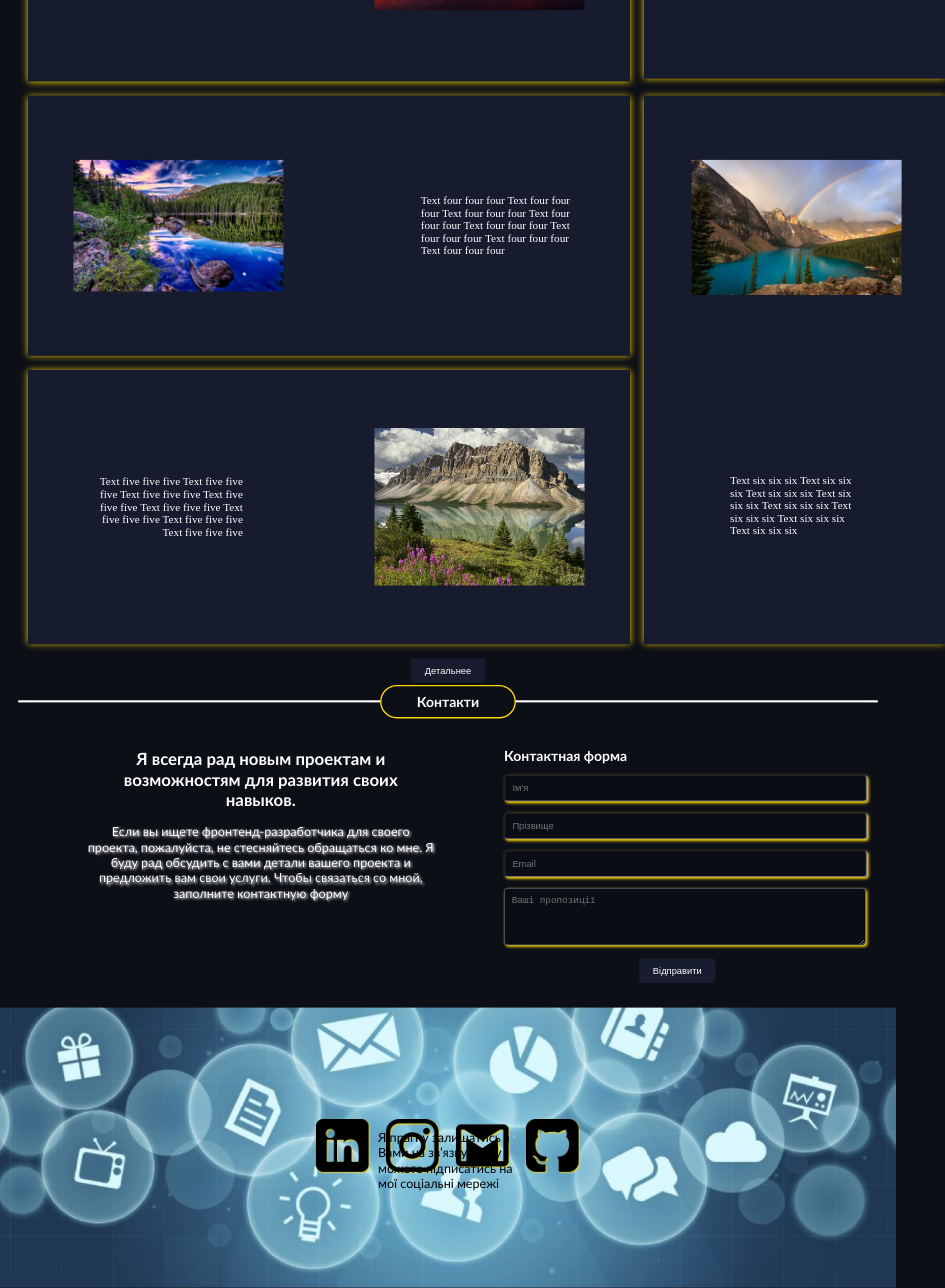
Repository: qtqqrdy13/cv-2
Page: index.html
An editor plug-in stored every save of this project. The page is shown before and after the next save, followed by the edit.
The browser window is 1280 px wide. The page is 1350 px wide, so the pictures cover 1350 px, including what lies to the right of the window. The pictures show the part of the page from y = 3628 to 5468 px (the page is 5468 px tall), at 70% of full size.

Above is the page before, as saved 2023-10-12 16:53:08.

### index.html
<!DOCTYPE html>
<html lang="en">

<head>
    <link rel="stylesheet" href="main.css">
    <meta charset="UTF-8">
    <meta name="viewport" content="width=device-width, initial-scale=1.0">
    <title>Батуров Олексій</title>
</head>

<body>
    <!--Navigation-->
    <header>
        <div class="logo">
            <img src="../cv 2/image/media/logo.png" alt="logo">
        </div>
        <nav>
            <ul>
                <li><a href="">Головна</a></li>
                <li><a href="#about">Про мене</a></li>
                <li><a href="#skills">Мої скіли</a></li>
                <li><a href="#portfolio">Портфоліо</a></li>
                <li><a href="">Контакти</a></li>
            </ul>
        </nav>
    </header>
    <!--Navigation-->

    <!--Two images-->
    <div class="container-top">
        <div class="img-container">
            <img class="img-1" src="../cv 2/image/code.gif" alt="">
            <img class="img-2" src="../cv 2/image/photo_2023-09-09_18-51-06.jpg" alt="">
        </div>
        <!--Two images-->

        <!--About Oleksiy-->
        <div class="container-text">
            <div id="about"></div>
            <div class="text-block">
                <h1>Олексій Батуров</h1>
            </div>
        </div>
    </div>
    <div class="description">
        <p>Я професіонал, чия пристрасть до веб-розробки
            помітна в кожному рядку коду, який я створюю.
            За час моєї практики я набув глибоких знань у
            різних галузях веб-технологій, включаючи HTML,
            CSS, JavaScript, а також популярні фреймворки
            та бібліотеки. Мої навички дозволяють мені
            створювати унікальні та сучасні веб-сайти,
            які поєднують у собі функціональність, стиль
            та оптимальну продуктивність. </p>
    </div>
    <!--About Oleksiy-->

    <!--Edge-->
    <div id="about_us">
        <div class="announcement">
            <h2 class="title">
                Скіли
            </h2>
        </div>
    </div>
    <!--Edge-->

    <!--Skills-->
    <div id="skills"></div>
    <div class="container">
        <div class="row">
            <div class="block">
                <h2>Скіли Дизайнера</h2>
                <div class="content">
                    <ul>
                        <li>Figma</li>
                        <li>Photoshop</li>
                        <li>Illustrator</li>
                        <li>Scratch</li>
                        <li>AdobeXD</li>
                        <li>Corel Draw</li>
                    </ul>
                </div>
            </div>
            <div class="block">
                <h2>Скіли Front-End розробника</h2>
                <div class="content">
                    <ul>
                        <li>HTML</li>
                        <li>CSS</li>
                        <li>JavaScript</li>
                        <li>ReactJS</li>
                        <li>ReactNative</li>
                        <li>AngularJS</li>
                        <li>NodeJS</li>
                        <li>VueJS</li>
                        <li>JQuerry</li>
                        <li>TypeScript</li>
                        <li>PHPMyAdmin</li>
                    </ul>
                </div>
            </div>
            <div class="block">
                <h2>Володіння CMS - платформами</h2>
                <div class="content">
                    <ul>
                        <li>WordPress</li>
                        <li>OpenCard</li>
                        <li>Joomla</li>
                        <li>Drupal</li>
                        <li>TYPEO3</li>
                    </ul>
                </div>
            </div>
        </div>
    </div>
    <!--Skills-->

    <!--Edge-->
    <div id="about_us">
        <div class="announcement">
            <h2 class="title">
                Портфоліо
            </h2>
        </div>
    </div>
    <!--Edge-->

    <!--Portfolio-->
    <div class="angry-grid">
        <div id="portfolio"></div>
        <div id="item-0">
            <img src="../cv 2/image/media/1.jpg" alt="Image 0" />
            <p>Text one one one Text one one one Text one one one Text one one one
                Text one one one Text one one one Text one one one Text one one one
            </p>
        </div>
        <div id="item-1">
            <img src="../cv 2/image/media/2.jpg" alt="Image 1" />
            <p>Text two two two Text two two two Text two two two Text two two two
                Text two two two Text two two two Text two two two Text two two two
            </p>
        </div>
        <div id="item-2">
            <div class="content-container">
                <p>Text three three three Text three three three Text three three three
                    Text three three three Text three three three Text three three three
                </p>
                <img src="../cv 2/image/media/3.jpg" alt="Image 2" />
            </div>
        </div>
        <div id="item-3">
            <img src="../cv 2/image/media/4.jpg" alt="Image 3" />
            <p>Text four four four Text four four four Text four four four Text four four four
                Text four four four Text four four four Text four four four Text four four four
            </p>
        </div>
        <div id="item-4">
            <div class="content-container">
                <p>Text five five five Text five five five Text five five five Text five five five
                    Text five five five Text five five five Text five five five Text five five five
                </p>
                <img src="../cv 2/image/media/5.jpg" alt="Image 4" />
            </div>
        </div>
        <div id="item-5">
            <img src="../cv 2/image/media/6.jpg" alt="Image 5" />
            <p>Text six six six Text six six six Text six six six Text six six six
                Text six six six Text six six six Text six six six Text six six six
            </p>
        </div>
    </div>

    <div class="detail-button">
        <button>Детальнее</button>
    </div>
    <!--Portfolio-->
    <!--Edge-->
    <div id="about_us">
        <div class="announcement">
            <h2 class="title">
                Контакти
            </h2>
        </div>
    </div>
    <!--Edge-->
    </div>
    <div class="container_contact">
        <div class="text">
            <h2>Я всегда рад новым проектам и возможностям для развития своих навыков. </h2>
            <p>Если вы ищете фронтенд-разработчика для своего проекта, пожалуйста, не стесняйтесь обращаться ко мне. Я
                буду рад обсудить с вами детали вашего проекта и предложить вам свои услуги.

                Чтобы связаться со мной, заполните контактную форму</p>
        </div>
        <div class="form">
            <h2>Контактная форма</h2>
            <form method="post">
                <div class="form-group">
                    <input type="text" id="name" name="name" placeholder="Ім'я" required>
                </div>
                <div class="form-group">
                    <input type="text" id="secondname" name="secondname" placeholder="Прізвище" required>
                </div>
                <div class="form-group">
                    <input type="text" id="email" name="email" placeholder="Email">
                </div>
                <div class="form-group">
                    <textarea id="message" name="message" rows="4" placeholder="Ваші пропозиції" required></textarea>
                </div>
                <div class="form-group">
                    <button type="submit">Відправити</button>
                </div>
            </form>
        </div>
    </div>
    <footer>
        <div class="social_icons">

            <a href="" class="icon">
                <img src="./image/icons/linkedin 1.png" alt="">
            </a>
            <a href="" class="icon">
                <img src="./image/icons/instagram 1.png" alt="">
            </a>
            <a href="" class="icon">
                <img src="./image/icons/gmail-logo 1.png" alt="">
            </a>
            <a href="" class="icon">
                <img src="./image/icons/github-sign 1.png" alt="">
            </a>
             <div class="icons_text"><p>Я прагну залишатись з Вами на зв’язку, тому можете підписатись на мої соціальні мережі</p></div>
        </div>
    </footer>
</body>

</html>

### main.css
body {
    background-color: #0d0f17;
    margin: 0;
    padding: 0;

}

/*Navigation*/
header {
    background-color: #161C2E;
    color: white;
    padding: 10px 0px;
    position: fixed;
    top: 0;
    width: 100%;
    display: flex;
    justify-content: space-between;
    align-items: center;
    z-index: 1000;
}

.logo img {
    height: 50px;
    margin-left: 50px;
}

nav ul {
    list-style: none;
    margin-right: 50px;
}

nav li {
    display: inline;
    margin-right: 50px;
    position: relative; /* Добавляем позицию относительно элементов меню */
}

nav a {
    text-decoration: none;
    color: white;
    font-weight: bold;
    font-size: 18px;
}

nav a:hover {
    color: gold;
    font-size: 18px;
    text-shadow: 0 0 10px gold;
    transform: scale(1.05);
    transition: transform 0.6s ease-in-out;
}

/* Добавляем стили для анимации */
nav li::before {
    content: "";
    position: absolute;
    width: 100%;
    height: 2px;
    background-color: gold;
    bottom: 0;
    left: 0;
    transform: scaleX(0); /* Изначально нулевая ширина */
    transform-origin: right;
    transition: transform 0.3s ease-in-out;
}

nav li::after {
    content: "";
    position: absolute;
    width: 100%;
    height: 2px;
    background-color: gold;
    bottom: 0;
    right: 0;
    transform: scaleX(0); /* Изначально нулевая ширина */
    transform-origin: left;
    transition: transform 0.3s ease-in-out;
}

nav li:hover::before,
nav li:hover::after {
    transform: scaleX(1); /* Увеличиваем ширину до 100% */
}


/*Two images*/
.container-top {
    display: flex;
    flex-direction: column;
    align-items: center;
    width: 100%;
    overflow: visible;
    position: relative;
}

.img-container {
    width: 100%;
    max-width: 100vw;
    position: relative;
    overflow: visible;
    order: 1;
}

.img-1 {
    width: 100%;
    height: 500px;
    position: relative;
}
.img-1:hover{
    animation: slideUp 2s ease-in-out infinite alternate;
}

.img-2 {
    width: 400px;
    height: 400px;
    max-width: 100%;
    position: absolute;
    top: calc(60% + 10%);
    left: 50%;
    transform: translateX(-50%);
    z-index: 2;
    border-radius: 50%;
    transition: transform 0.5s ease;
}

.img-2:hover {
    transform: translateX(-50%) rotate(360deg);
    animation: spin 2s linear infinite;
}

@keyframes spin {
    0% { transform: translateX(-50%) rotate(0deg); }
    100% { transform: translateX(-50%) rotate(360deg); }
}

@keyframes slideUp {
    0% {
        transform: translateY(0);
    }

    100% {
        transform: translateY(-20px);
    }
}

@media screen and(max-width: 768px) {
    .container {
        padding: 2px;
    }

    .img-1,
    .img-2 {
        height: auto;
    }
}

/*About Oleksiy*/
.container-text {
    display: flex;
    flex-direction: column;
    align-items: center;
    justify-content: center;
    height: 100vh;
    order: 2;
}

.text-block {
    width: 530px;
    height: 214px;
    font-size: 60px;
    text-align: center;
    color: white;
    animation: fadeIn 2s ease-in-out;
    margin: 0 auto;
}

.description {
    width: 700px;
    height: 256px;
    text-align: center;
    color: white;
    animation: slideIn 2s ease-in-out;
    margin: 0 auto;
    margin-bottom: 10%;
}

@keyframes fadeIn {
    0% {
        opacity: 0;
    }

    100% {
        opacity: 1;
    }
}

@keyframes slideIn {
    0% {
        transform: translateY(-20px);
        opacity: 0;
    }

    100% {
        transform: translateY(0);
        opacity: 1;
    }
}

/* Адаптация для мелких скринов */
@media (max-width: 600px) {
    .text-block {
        font-size: 36px;
    }

    .description {
        font-size: 18px;
    }
}

/* Адаптация для планшей */
@media (min-width: 601px) and (max-width: 1024px) {
    .text-block {
        font-size: 48px;
    }

    .description {
        font-size: 24px;
    }
}

@media (min-width: 1025px) {
    .text-block {
        font-size: 72px;
    }

    .description {
        font-size: 30px;
    }
}

/*Edge*/
.announcement {
    height: 3px;
    background-color: white;
    display: flex;
    justify-content: center;
    align-items: center;
    margin: 2% 2%;
}

.title {
    animation-name: fade-in;
    animation-duration: 0.3s;
    text-align: center;
    text-decoration: none;
    color: white;
    border: 2px solid gold;
    background-color: #0d0f17;
    border-radius: 30px;
    padding: 10px 50px;
}

.title:hover {

    color: gold;
    font-size: 26px;
    box-shadow: 0 0 6px gold;
}

@keyframes fade-in {
    from {
        opacity: 0;
    }

    to {
        opacity: 1;
    }
}

/*Skills*/
.container {
    display: flex;
    flex-direction: column;
    align-items: center;
}

.row {
    display: flex;
    flex-wrap: wrap;
    justify-content: space-between;
}

.block {
    border: 2px solid gold;
    margin: 10px;
    padding: 20px;
    animation: fade-in 1s ease-in-out;
    width: calc(50% - 20px);
    height: 400px;
    box-shadow: 1px 1px 6px gold;
    text-align: center;
    box-sizing: border-box;
    display: flex;
    flex-direction: column;
    justify-content: flex-start;
    align-items: center;
}

.block:hover {
    box-shadow: 2px 2px 12px gold;
}

h2 {
    font-size: 20px;
    font-family: 'Trebuchet MS', 'Lucida Sans Unicode', 'Lucida Grande', 'Lucida Sans', Arial, sans-serif;
    margin-top: 10px 0 0 0;
    color: white;
}

.content {
    display: flex;
    flex-direction: column;
    align-items: center;
    justify-content: center;
    height: 100%;
}

.content ul {
    list-style-type: square;
    padding-left: 20px;
    margin: 0;
}

h2:hover {
    font-size: 21px;
    text-shadow: 0px 0px 12px white;
}

.content li {
    font-size: 18px;
    color: white;
}

.content li:hover {
    font-size: 19px;
    text-shadow: 0px 0px 12px white;
}

@keyframes fade-in {
    0% {
        opacity: 0;
    }

    100% {
        opacity: 1;
    }
}

@media screen and (max-width: 1024px) {
    .block {
        padding: 10px;
        width: calc(50% - 20px);
        height: 250px;
    }

    .block h2 {
        font-size: 18px;
    }

    .content li {
        font-size: 16px;
    }
}

@media screen and (max-width: 750px) {
    .block {
        padding: 10px;
        width: calc(50% - 20px);
        height: 200px;
    }

    .block h2 {
        font-size: 16px;
    }

    .content li {
        font-size: 14px;
    }
}


@media screen and (min-width: 1200px) {
    .block {
        width: 400px;
        height: 400px;
    }

    .row {
        justify-content: center;
        width: calc(65% - 10px)
    }
}

/*Portfolio*/
.angry-grid {
    display: grid;
    grid-template-rows: 1fr 1fr 1fr 1fr;
    grid-template-columns: 1fr 1fr 1fr 1fr 1fr;
    margin: 0 auto;
    max-width: 1200px;
    padding: 0 15px;
}

#item-0 {
    background-color: #161C2E;
    grid-row-start: 1;
    grid-column-start: 1;
    grid-row-end: 2;
    grid-column-end: 3;
    margin-bottom: 20px;
    width: 860px;
    height: 370px;
    box-shadow: 0 0 10px gold;
    display: grid;
    grid-template-columns: 3fr 1fr;
    align-items: center;
    transition: transform 0.6s ease-in-out;
}

#item-0:hover {
    box-shadow: 0 0 18px gold;
    border-radius: 10px;
    transform: scale(1.05);
}

#item-0 img {
    max-width: 300px;
    max-height: 300px;
    margin-left: 65px;
}

#item-0 p {
    margin-right: 90px;
    margin-left: -90px;
    color: white;
}

#item-1 {
    background-color: #161C2E;
    grid-row-start: 1;
    grid-column-start: 3;
    grid-row-end: 3;
    grid-column-end: 4;
    margin-left: 20px;
    width: 430px;
    height: 760px;
    box-shadow: 0 0 10px gold;
    display: grid;
    grid-template-columns: 1fr;
    grid-template-rows: 1fr auto;
    align-items: center;
    justify-items: center;
    transition: transform 0.6s ease-in-out;
}

#item-1:hover {
    box-shadow: 0 0 18px gold;
    border-radius: 10px;
    transform: scale(1.05);
}

#item-1 img {
    max-width: 300px;
    max-height: 300px;
    margin-top: -100px;

}

#item-1 p {
    margin-right: 90px;
    margin-bottom: 125px;
    margin-left: 100px;
    color: white;
    padding: 20px;
}

#item-2 {
    background-color: #161C2E;
    grid-row-start: 2;
    grid-column-start: 1;
    grid-row-end: 3;
    grid-column-end: 3;
    margin-bottom: 20px;
    box-shadow: 0 0 10px gold;
    display: grid;
    grid-template-columns: 1fr;
    align-items: center;
    transition: transform 0.6s ease-in-out;
}

#item-2 .content-container {
    display: flex;
    flex-direction: row;
    align-items: center;
    justify-content: space-between;
}

#item-2 img {
    max-width: 300px;
    max-height: 300px;
    margin-right: 65px;
}

#item-2 p {
    flex: 1;
    margin-right: 20px;
    color: white;
    text-align: right;
    margin-right: 100px;
    padding: 94px;
}

#item-2:hover {
    box-shadow: 0 0 18px gold;
    border-radius: 10px;
    transform: scale(1.05);
}

#item-3 {
    background-color: #161C2E;
    grid-row-start: 3;
    grid-column-start: 1;
    grid-row-end: 4;
    grid-column-end: 3;
    margin-bottom: 20px;
    box-shadow: 0 0 10px gold;
    display: flex;
    align-items: center;
    justify-content: center;
    transition: transform 0.6s ease-in-out;
}

#item-3:hover {
    box-shadow: 0 0 18px gold;
    border-radius: 10px;
    transform: scale(1.05);
}

#item-3 img {
    max-width: 300px;
    max-height: 300px;
    margin-left: 65px;
}

#item-3 p {
    margin-right: -50px;
    margin-left: 71px;
    color: white;
    padding: 125px;
}

#item-4 {
    background-color: #161C2E;
    grid-row-start: 4;
    grid-column-start: 1;
    grid-row-end: 5;
    grid-column-end: 3;
    box-shadow: 0 0 10px gold;
    display: grid;
    grid-template-columns: 1fr auto;
    align-items: center;
    transition: transform 0.6s ease-in-out;
}

#item-4 .content-container {
    display: flex;
    flex-direction: row;
    align-items: center;
    justify-content: space-between;
    flex-wrap: nowrap;
}

#item-4 img {
    max-width: 300px;
    max-height: 300px;
    margin-right: 65px;
}

#item-4 p {
    color: white;
    text-align: right;
    margin-right: 129px;
    margin-left: 43px;
    padding: 59px;
}

#item-4:hover {
    box-shadow: 0 0 18px gold;
    border-radius: 10px;
    transform: scale(1.05);
}

#item-5 {
    background-color: #161C2E;
    grid-row-start: 3;
    grid-column-start: 3;
    grid-row-end: 5;
    grid-column-end: 4;
    margin-left: 20px;
    box-shadow: 0 0 10px gold;
    display: grid;
    grid-template-rows: 1fr auto;
    justify-content: center;
    align-items: center;
    align-content: space-between;
    transition: transform 0.6s ease-in-out;
}

#item-5 img {
    max-width: 300px;
    max-height: 300px;
    margin-top: -124px;
    margin-left: 68px;
}

#item-5 p {
    margin-right: 90px;
    margin-bottom: 130px;
    margin-left: 100px;
    color: white;
    padding: 23px;
}

#item-5:hover {
    box-shadow: 0 0 18px gold;
    border-radius: 10px;
    transform: scale(1.05);
}

@media (max-width: 768px) {
    .angry-grid {
        grid-template-columns: 1fr 1fr;
        max-width: 768px;
        margin-left: 0;
    }
}

@media (min-width: 1313px) {
    .angry-grid {
        max-width: 1313px;
        padding: 45px 20px;
    }
}

/* Стили для .detail-button */
.detail-button {
    text-align: center;
    margin-top: 20px;
}

.detail-button button {
    padding: 10px 20px;
    background-color: #161C2E;
    color: white;
    border: none;
    border-radius: 5px;
    cursor: pointer;
}

.detail-button button:hover {
    background-color: #161C2E;
    box-shadow: 0 0 12px white;
}
.container_contact {
    display: flex;
    justify-content: space-between;
    border-radius:15px;
    padding:0 45px;

}
.text h2{
    color:white;
    font-size:24px;

}
.text p{
    color:white;
    font-size:18px;
    font-family:'Trebuchet MS', 'Lucida Sans Unicode', 'Lucida Grande', 'Lucida Sans', Arial, sans-serif;
    text-shadow:2px 2px 4px white;
}
.text {
    flex: 1;
    padding:20px 80px;
    text-align: center;

}

.form {
    flex: 1;
    padding: 20px;
    border-radius: 5px;
    border:none;
}

.form-group {
    margin-bottom: 15px;
}

.form-group label {
    display: block;
    margin-bottom: 5px;
    font-weight: bold;

}

.form-group input[type="text"],
.form-group textarea {
    width: 100%;
    padding: 10px;
    border-radius: 5px;
    background-color:#0a0d15;
    box-shadow:2px 2px 4px gold;
}

.form-group button {
    background-color: #171d2f;
    display:flex;
    align-items: center;
    justify-content: center;
    color: #fff;
    border: none;
    padding: 10px 20px;
    border-radius: 5px;
    cursor: pointer;

    margin: 0 auto;
}

.form-group button:hover {
    box-shadow: 2px 2px 4px gold;


}
footer{
    margin: 0;
    width: 100%;
    height:400px;
    background-image:url('./image/icons/13123213213213213.png');
    position: relative;
    background-position: center center;
}
.social_icons{
    position:absolute;
    top:50%;
    left: 50%;
    transform:translate(-50%, -50%);
    display: flex;
    justify-content: center;
    align-items: center;
}
.social_icons a{
    margin:0 10px;
}
.social_icons img{
    width: 80px;
    height: 80px;
    transition: transform 0.6s ease-in-out;
}
.social_icons img:hover{
    transform: scale(1.2);


}
.icons_text p{
    font-size:18px;
    position:absolute;
    top:50%;
    left: 50%;
    transform:translate(-50%, -50%);
    font-family: 'Trebuchet MS', 'Lucida Sans Unicode', 'Lucida Grande', 'Lucida Sans', Arial, sans-serif;
}

After the next save:
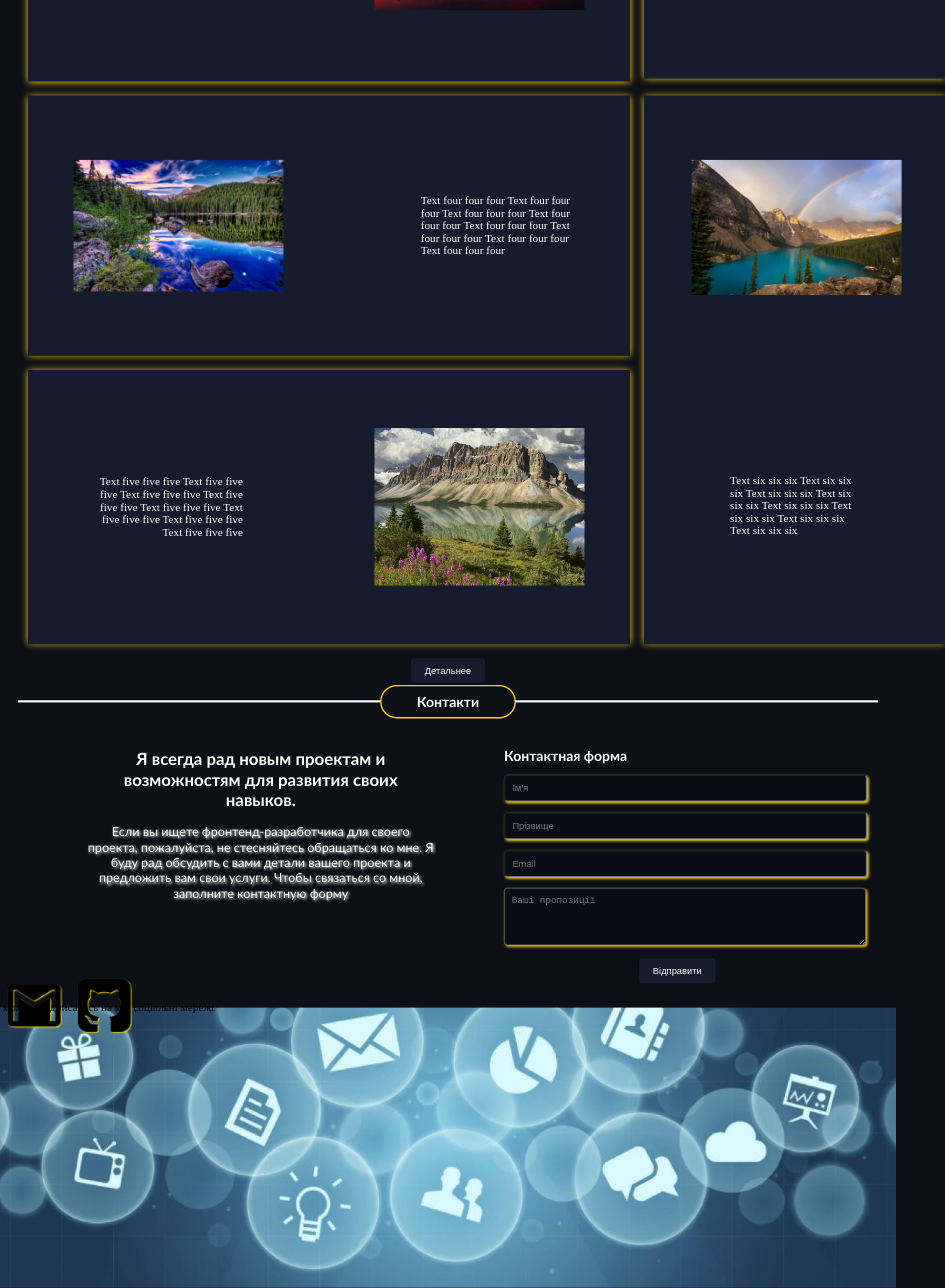
Saved 2 min 43 s later.
--- a/main.css
+++ b/main.css
@@ -751,32 +751,36 @@ footer{
     background-position: center center;
 }
 .social_icons{
+
+    top:50%;
+    left: 50%;
+    transform:translate(-50%, -50%);
+    display: flex;
+    justify-content: center;
+    align-items: center;
+}
+.social_icons a{
+    margin:0 10px;
+}
+.social_icons img{
+    width: 80px;
+    height: 80px;
+    transition: transform 0.6s ease-in-out;
+
+}
+.social_icons img:hover{
+    transform: scale(1.2);
+
+
+}
+.icons_text {
     position:absolute;
     top:50%;
     left: 50%;
     transform:translate(-50%, -50%);
-    display: flex;
-    justify-content: center;
-    align-items: center;
-}
-.social_icons a{
-    margin:0 10px;
-}
-.social_icons img{
-    width: 80px;
-    height: 80px;
-    transition: transform 0.6s ease-in-out;
-}
-.social_icons img:hover{
-    transform: scale(1.2);
-
-
-}
-.icons_text p{
-    font-size:18px;
-    position:absolute;
-    top:50%;
-    left: 50%;
-    transform:translate(-50%, -50%);
-    font-family: 'Trebuchet MS', 'Lucida Sans Unicode', 'Lucida Grande', 'Lucida Sans', Arial, sans-serif;
-}
+
+}
+.icons_text p {
+    margin:0;
+
+}
